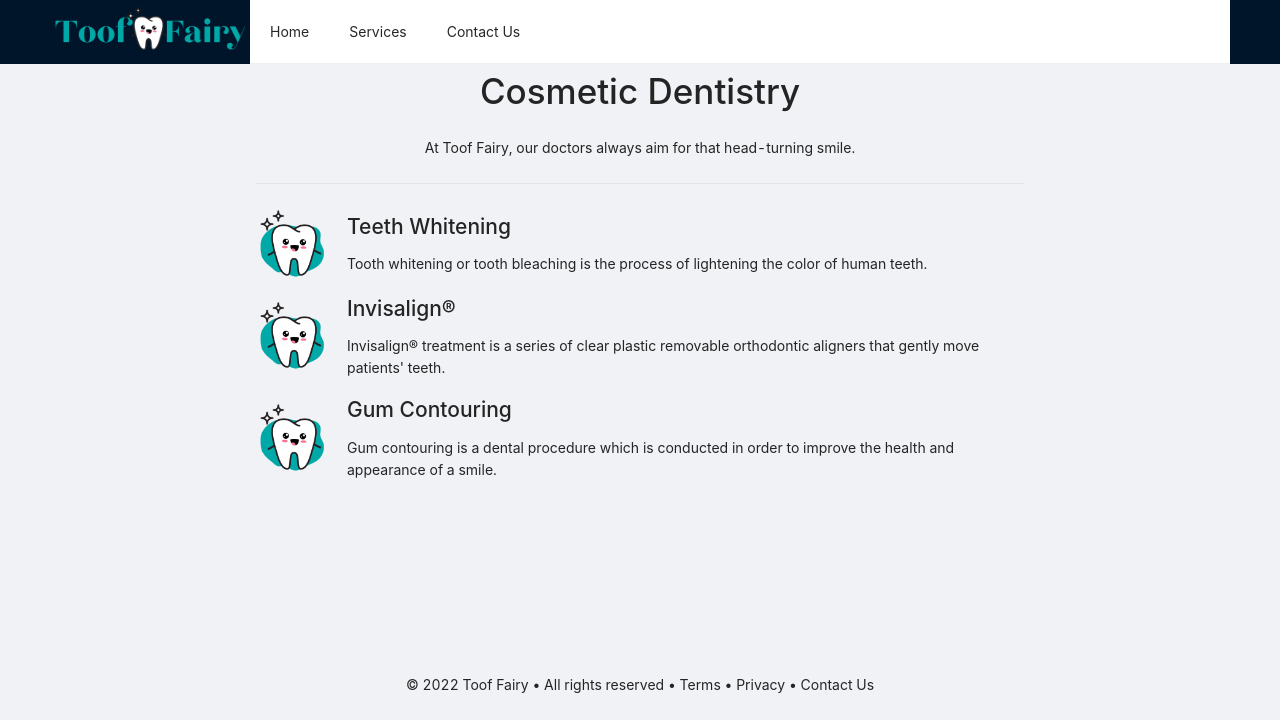
Repository: neldad1/dentist-app
Page: /cosmetic
These files come from the project's save history. The page is drawn as it stood at one moment and after the next save; the edit follows.
The browser window is 1280 px wide. The pictures show the whole page.
The project was rebuilt for these pictures with package versions that can differ from the ones it lists, and the page was loaded fresh each time. Also part of the build but not shown: src/components/Home.jsx, src/components/Contact.jsx, src/components/Services/Restorative.jsx, src/components/Services/Preventative.jsx.

Above is the page before, as saved 2022-03-10 12:59:09.

After the next save:
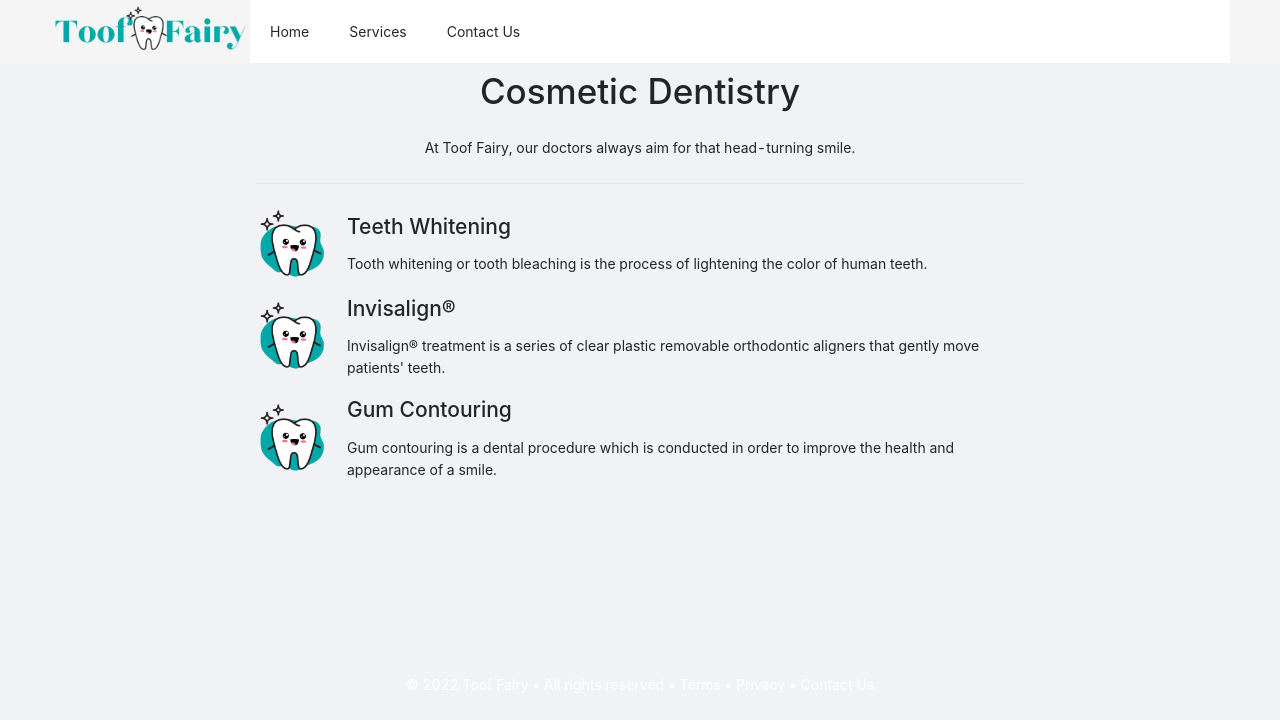
Saved 23 s later.
--- a/src/App.js
+++ b/src/App.js
@@ -1,6 +1,7 @@
 import { BrowserRouter } from 'react-router-dom';
+
+import 'antd/dist/antd.min.css';
 import './App.css';
-import 'antd/dist/antd.min.css';
 import Navigation from './components/Router/Navigation';
 import AppRoutes from './components/Router/AppRoutes';
 import { Layout } from 'antd';
